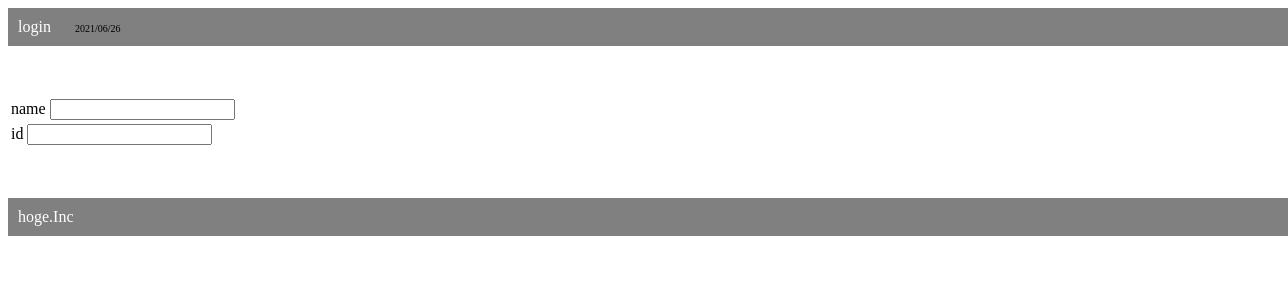
Repository: genki-iwai/curriculum
Page: http://localhost/Check3/
An editor plug-in stored every save of this project. The page is shown before and after the next save, followed by the edit.
The browser window is 1280 px wide. The page is 1288 px wide, so the pictures cover 1288 px, including what lies to the right of the window. The pictures show the whole page.
The page is served by Tomcat 9.

Above is the page before, as saved 2021-07-06 20:52:08.

After the next save:
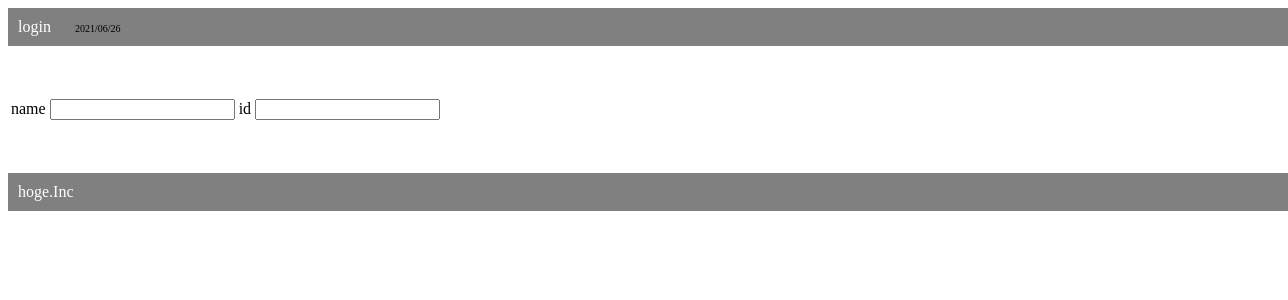
Saved 41 s later.
--- a/JavaStudy/Check3/WebContent/jspTest.jsp
+++ b/JavaStudy/Check3/WebContent/jspTest.jsp
@@ -14,8 +14,6 @@
 		<table>
 			<tr>
 				<td>name <input type = "text"></td>
-			</tr>
-			<tr>
 				<td>id <input type = "text"></td>
 			</tr>
 		</table>

After the save that followed:
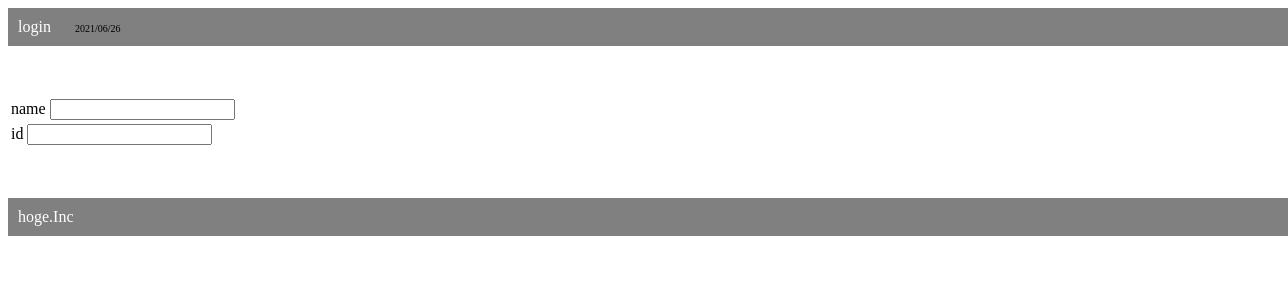
Saved 23 s later.
--- a/JavaStudy/Check3/WebContent/jspTest.jsp
+++ b/JavaStudy/Check3/WebContent/jspTest.jsp
@@ -14,7 +14,9 @@
 		<table>
 			<tr>
 				<td>name <input type = "text"></td>
-				<td>id <input type = "text"></td>
+			</tr>
+			<tr>
+				<td>id <input type = "text"></thd
 			</tr>
 		</table>
 	</div>
